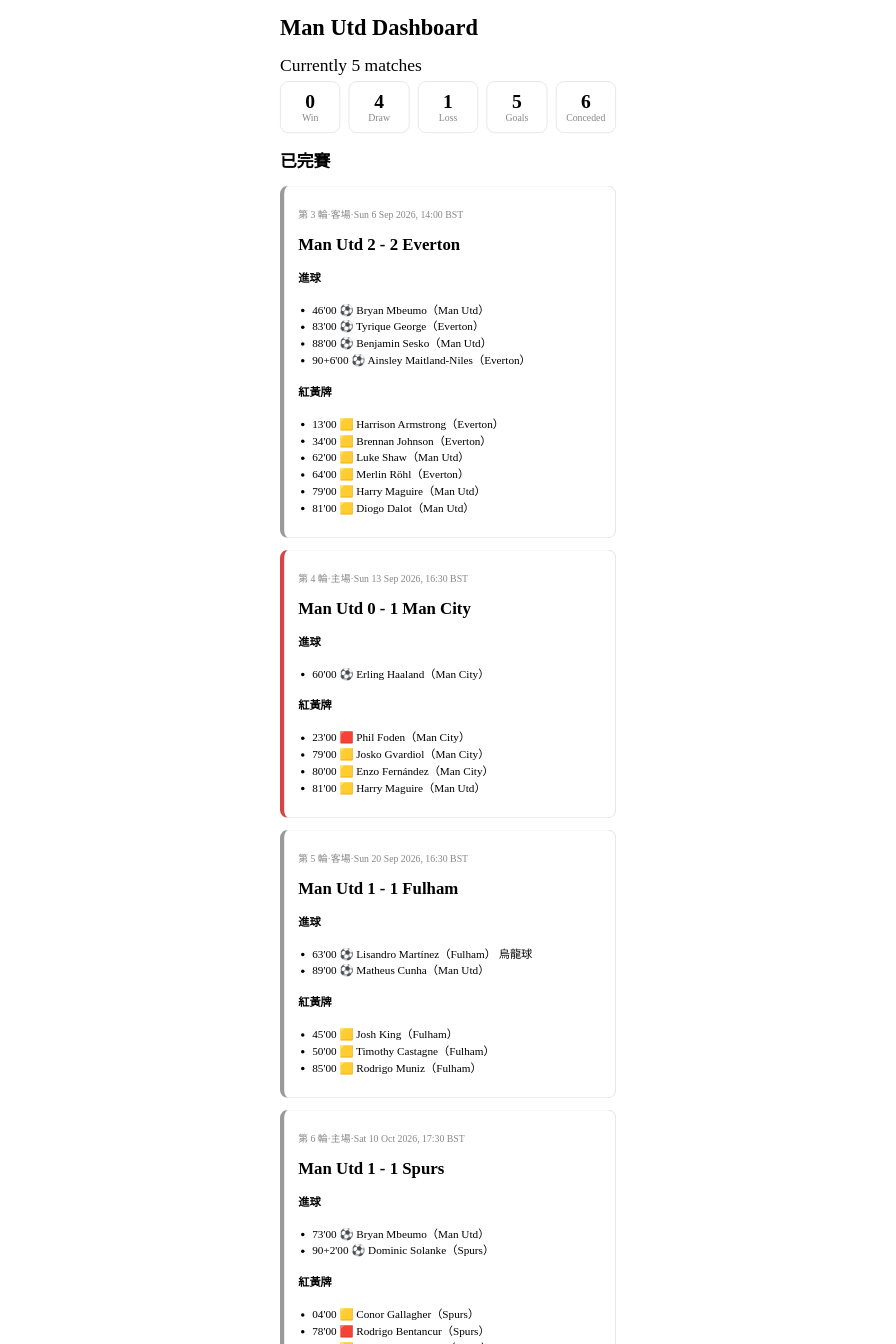
Repository: Chengyu0814/Premier-League-Dashboard
Page: / (app in frontend/)
An editor plug-in stored every save of this project. The page is shown before and after the next save, followed by the edit.
The browser window is 1280 px wide. The pictures show the part of the page from y = 0 to 1920 px (the page is 3040 px tall before and 3032 px after), at 70% of full size.
The project was rebuilt for these pictures with package versions that can differ from the ones it lists, and the page was loaded fresh each time. Also part of the build but not shown: frontend/vite.config.js.

Above is the page before, as saved 2026-10-27 14:09:46.

After the next save:
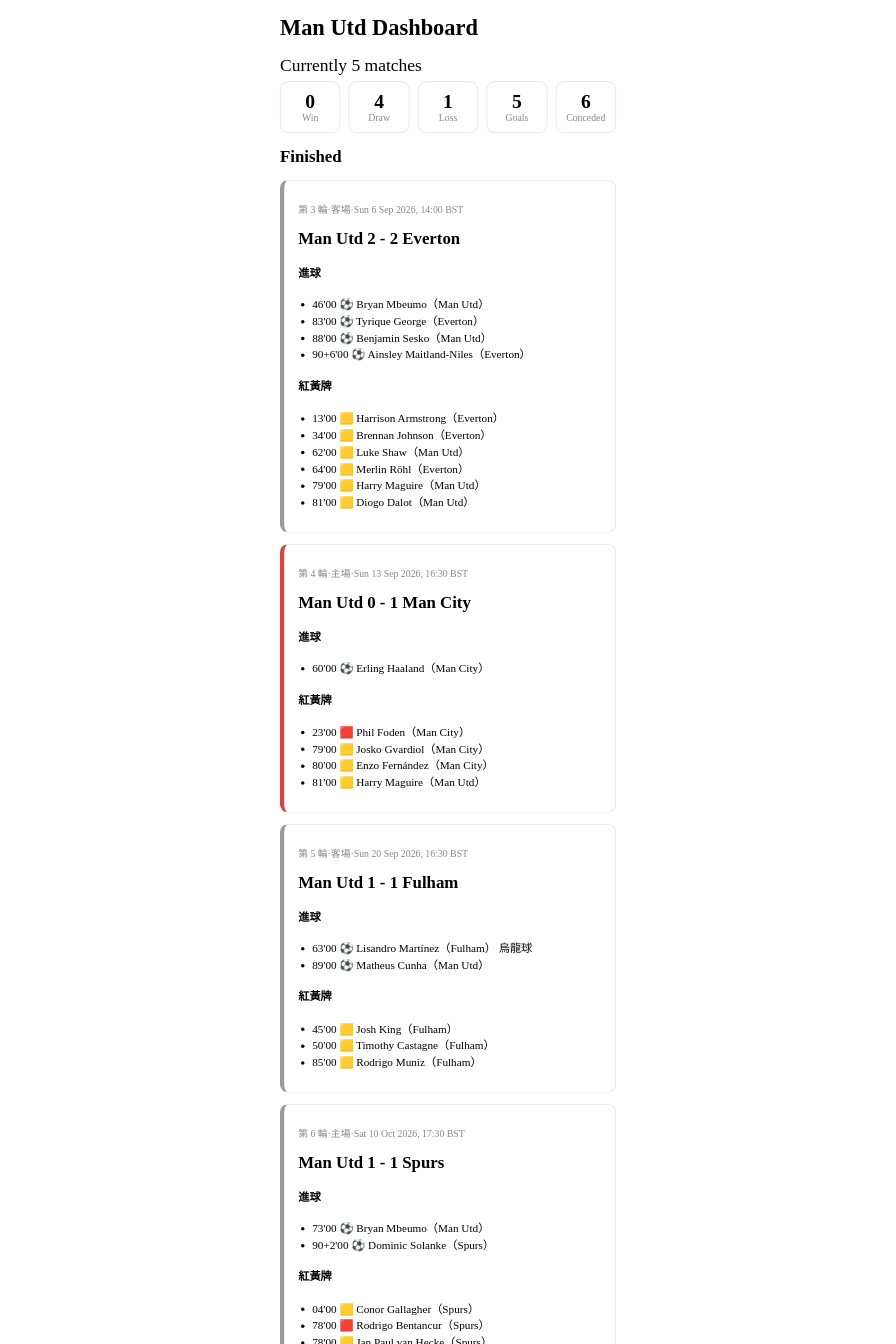
Saved 2 min 5 s later.
--- a/frontend/src/PremierLeague.jsx
+++ b/frontend/src/PremierLeague.jsx
@@ -19,7 +19,7 @@
     <div className="dashboard">
     <h1>Man Utd Dashboard</h1>
     <Summary matches={finished}/>
-     <h2>已完賽</h2>
+     <h2>Finished</h2>
     {finished.map(
       (m) =>(<MatchCard key={m.gameweek} match={m} />)
     )}
